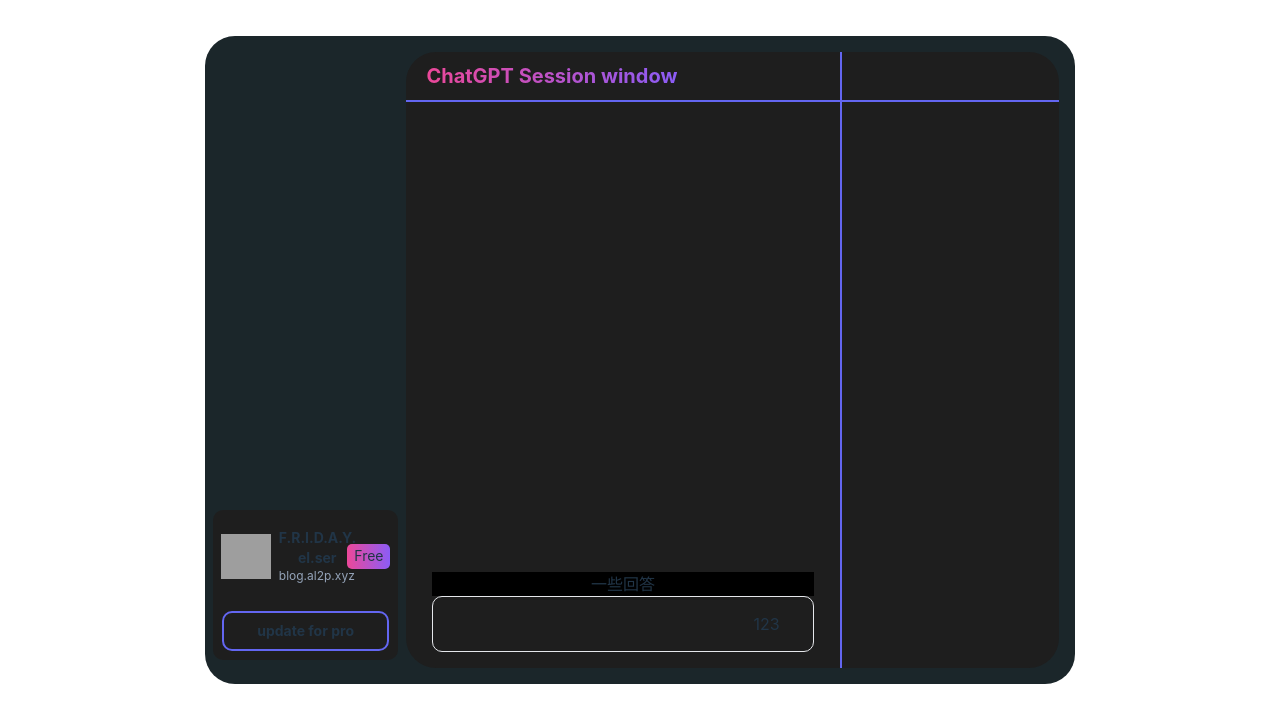
Repository: yezhonghu0503/chatgpt-vue-lac
Page: /
The author's editor kept a copy of each file at every save. The page is drawn from the files as they stood at one save, then again after the next save.
The browser window is 1280 px wide. The pictures show the whole page.
Pictures or frames that could not be fetched are drawn as grey boxes. The project was rebuilt for these pictures with package versions that can differ from the ones it lists, and the page was loaded fresh each time. Also part of the build but not shown: vite.config.ts.

Above is the page before, as saved 2023-05-18 18:36:10.

After the next save:
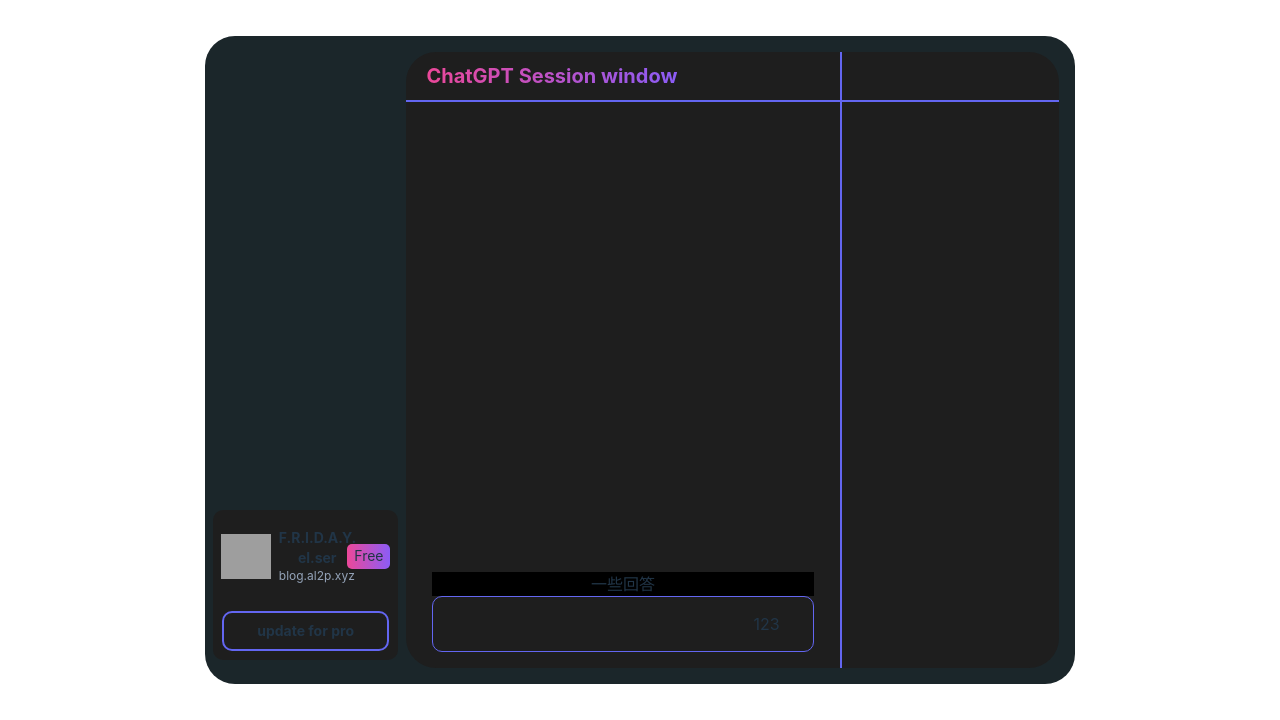
Saved 2 min 12 s later.
--- a/src/components/chat-main/chatMain.vue
+++ b/src/components/chat-main/chatMain.vue
@@ -15,7 +15,7 @@
           <img src="" alt="" />
         </div>
         <div
-          class="flex w-[95%] items-center rounded-[10px] h-14 border-[1px] border-gradient-to-r from-pink-500 to-violet-500"
+          class="flex w-[95%] items-center rounded-[10px] h-14 border-[1px] border-indigo-500"
         >
           <input class="w-[25vw]" type="text" />
           <div>123</div>
